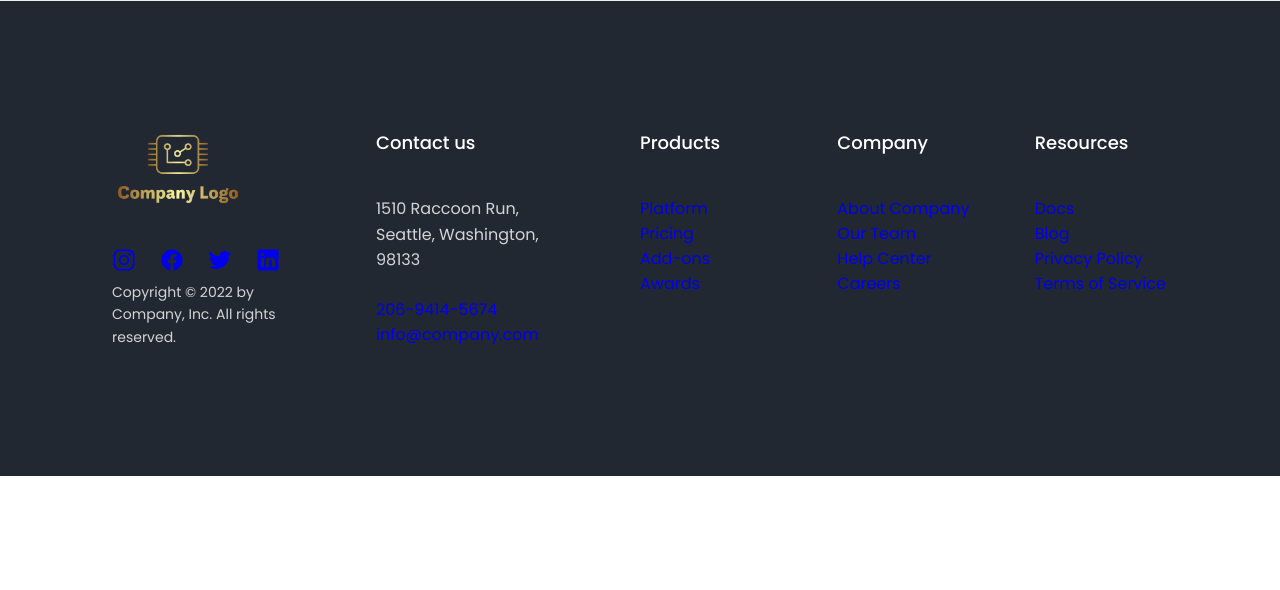
Repository: bijaythakur-code/responsive-footer-design-html-css
Page: index.html
These files come from the project's save history. The page is drawn as it stood at one moment and after the next save; the edit follows.
The browser window is 1280 px wide. The pictures show the whole page.

Above is the page before, as saved 2022-07-27 14:17:50.

After the next save:
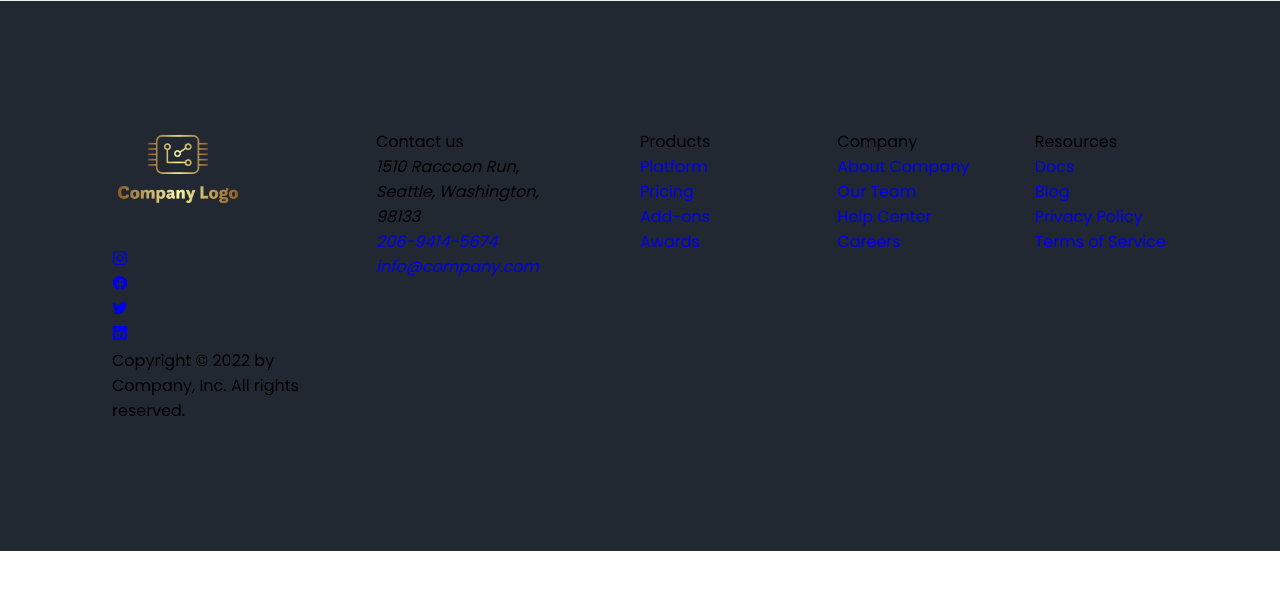
Saved 21 min 6 s later.
--- a/css/style.css
+++ b/css/style.css
@@ -61,43 +61,3 @@ a {
   display: block;
   margin-bottom: 32px;
 }
-
-.social-links {
-  list-style: none;
-  display: flex;
-  gap: 24px;
-}
-
-.social-icon {
-  height: 24px;
-  width: 24px;
-}
-
-.social-icon:hover {
-  color: var(--footer-link-hover-color);
-}
-
-.copyright {
-  font-size: 14px;
-  line-height: 1.6;
-  color: var(--footer-link-color);
-  margin-top: auto;
-}
-
-.footer-heading {
-  font-size: 18px;
-  font-weight: 500;
-  margin-bottom: 40px;
-  color: var(--footer-heading-color);
-}
-
-.contacts {
-  font-style: normal;
-  font-size: 16px;
-  line-height: 1.6;
-}
-
-.address {
-  margin-bottom: 24px;
-  color: var(--footer-link-color);
-}
